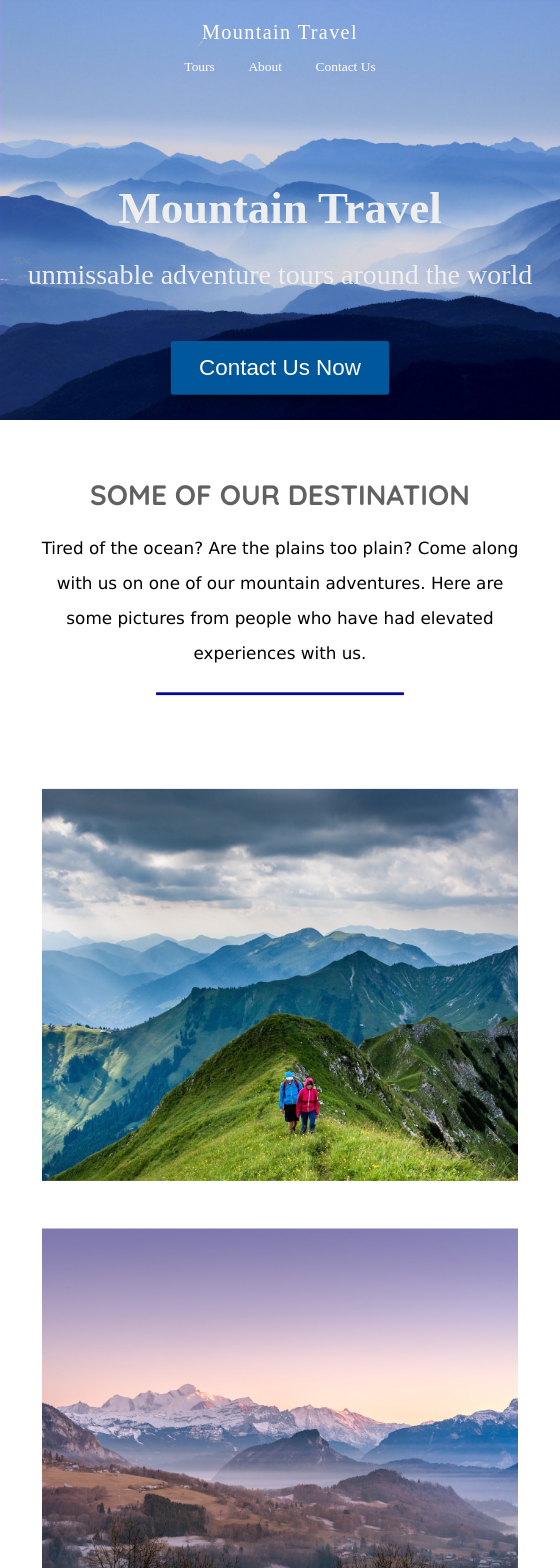
Repository: Einsteiniumeinsteinian/Advanced-CSS
Page: css-project-starter-code/index.html
The author's editor kept a copy of each file at every save. The page is drawn from the files as they stood at one save, then again after the next save.
The browser window is 768 px wide. The page is 800 px wide, so the pictures cover 800 px, including what lies to the right of the window. The pictures show the part of the page from y = 0 to 2240 px (the page is 9111 px tall before and 9442 px after), at 70% of full size.
Some web libraries are served in a nearby version.

Above is the page before, as saved 2021-09-02 14:32:00.

### css-project-starter-code/index.html
<!DOCTYPE html>
<html>
<head>
  <meta charset="utf-8">
  <meta name="viewport" content="width=device-width, initial-scale=1">
  <title>Mountain Travel</title>
  <link rel="stylesheet" href="https://use.fontawesome.com/releases/v5.0.7/css/all.css">

  <link rel="preconnect" href="https://fonts.googleapis.com">
  <link rel="preconnect" href="https://fonts.gstatic.com" crossorigin>
  <link
    href="https://fonts.googleapis.com/css2?family=Open+Sans:wght@300;400;600;700&family=Quicksand:wght@400;500;600;700&display=swap"
    rel="stylesheet">
  <link rel="stylesheet" href="https://maxcdn.bootstrapcdn.com/font-awesome/4.7.0/css/font-awesome.min.css">
  <!--? <link href="https://fonts.googleapis.com/css?family=Open+Sans" rel="stylesheet"> -->
  <link rel="stylesheet" href="assets/css/styles.css">
  <script>/* foo */</script>
</head>

<body>
  <!-- Forked from a template on Tutorialzine: https://tutorialzine.com/2016/06/freebie-landing-page-template-with-flexbox -->
  <header>
    <nav>
      <a href="#"> mountain travel</a>
      <span class="nav-span">
        <a href="#"> Tours</a>
        <a href="#"> About</a>
        <a href="#"> Contact Us</a>
      </span>
    </nav>
    <div class="top-container">
      <div class="header-text-wrapping">
        <h1>Mountain Travel</h1>
        <p>unmissable adventure tours around the world</p>
      </div>
            <button class="button"><span>Contact Us Now </span></button>

    </div>
  </header>


  <div class="line-breaker-div">
    <h1>
      Some Of Our Destination
    </h1>
    <p>
      Tired of the ocean? Are the plains too plain? Come along with us on one of our mountain adventures. Here are some
      pictures from people who have had elevated experiences with us.
    </p>
    <hr>
  </div>

  <!--* photo-section -->
  <section class="photo-section">
    <div class="photo-set-div">
      <img class="img" src="assets/img/mountain1.jpg" alt="">
      <img class="img img-2" src="assets/img/mountain2.jpg" alt="">
    </div>
    <div class="photo-set-div">

      <img class="img img-3" src="assets/img/mountain3.jpg" alt="">
      <img class="img" src="assets/img/mountain4.jpg" alt="">
    </div>
  </section>


  <!--* Packkage Section -->
  <section class="package-section">
    <div class="line-breaker-div">
      <h1>
        Tour Packages
      </h1>
      <p>
        Tired of the ocean? Are the plains too plain? Come along with us on one of our mountain adventures. Here are
        some
        pictures from people who have had elevated experiences with us.
      </p>
      <hr>
    </div>
    <div class="package-set">
      <div class="package">
        <i class="far fa-compass"></i>
        <h1>
          guided trips
        </h1>
        <p>Looking for the complete experience? Take a tour with one of our experts. They'll show you secrets that
          you're likely to
          miss otherwise.</p>
      </div>
      <div class="package">
        <i class="fas fa-camera-retro"></i>
        <h1>
          Photo Trips
        </h1>
        <p>Want to experience nature's beauty without all of that annoying exercise? Take a photo tour on one of our
          mountain
          buses.</p>
      </div>
    </div>
    <div class="package-set">
      <div class="package">
        <i class="fas fa-bicycle"></i>
        <h1>
          biking trips
        </h1>
        <p>If bicycles are more your speed, consider taking a tour through one of our mountain bike paths. We'll provide
          the bikes,
          and lunch too!</p>
      </div>
      <div class="package">
        <i class="fas fa-flag-checkered"></i>
        <h1>
          racing trips
        </h1>
        <p>Got a competitive spirit? Sign up for one of our mountain marathons! Try to reach the summit before anyone
          else.</p>
      </div>
    </div>
  </section>

    <div class="line-breaker-div">
      <h1>
        Testimonials From Our Adventurers:
      </h1>
      <hr>
    </div>
  <!--* Testimonial Section  -->
  <section class="testimonials-section">
    <article>
      <p>
        Wow! This tour made me realize how much I love mountains. After going on one of these tours, I can safely say
        that
        they
        are my favorite geographic feature, and my favorite word that starts with M.

      </p>
      <p class="author">-Colt Steele</p>
    </article>
    <article>
      <p>
        I never understood why people cared so much about mountains. But then I went on one of these tours. Now I can't
        understand people who don't care about mountains!
      </p>

      <p class="author">- Elie Schoppik</p>
    </article>

    <article>
      <p>
      If you want to understand the universe, head to the mountains. I mean, seriously. It's like, woah. You know? It's like
      that.
      </p>
      <p class="author">- Tim Garcia</p>
    </article>
  </section>

  <section class="newsletter-section">
<div class="line-breaker-div">
  <h1>
    LeaRN MORE
  </h1>
  <p>
Want to know about our upcoming mountain-related events, or come to one of our mixers? Just sign up for our mailing
list. No spam from us, we promise! Except for the spam we give you to keep up your energy while you're hiking through
the mountains. We have tons of that.
  </p>
  <hr>
</div>
<form class=".newsletter-form" action="">
  <input id="email" type="email" placeholder="Email">
  <button class="button">
    <span>Subscribe </span>
  </button>
</form>
  </section>

<!--* Footer -->
<footer>

<p class="watermark">created  by einstein</p>

  <p class="footer-text">
why are you even reading this?! There's never anything interesting in a footer!!
  </p>
  <div class="icon-pack">
<i class="fab fa-whatsapp"></i>
<i class="fab fa-snapchat-ghost"></i>
<i class="fab fa-twitter"></i>
<i class="fab fa-instagram"></i>
<i class="fab fa-facebook-f "></i>
  </div>
</footer>
</body>
</html>

### css-project-starter-code/assets/css/styles.css

body{
    margin: 0;
    min-width: 100vh;
    /* font-family: ; */
}

header{
  background-image: url('../img/main.jpg');
  /* background-color: #01579B; */
  background-repeat: no-repeat;
background-size: cover;
    min-height: 100vh;
    margin-bottom: 10vh;
}

nav{
    padding: 30px;
    padding-left: 100px;
    padding-right: 100px;
    display: flex;
    justify-content: space-between;
     /* min-height: 30vh; */
    text-transform: capitalize;
}
a{
    text-decoration: none;
    color: white;
}
span > a{
     padding: 20px;
     font-size: 1.2rem;
}
nav > a{
    letter-spacing: 2px;
    font-size: 1.8rem;
}
.top-container{
    margin-top: 15%;
    display: flex;
    flex-direction: column;
    flex-wrap: wrap;
    justify-content: center;
    align-items: center;
    color: #EEEEEE;
}

@media screen and (max-width: 800px) {
    header{
        min-height: 100%;
    }
    nav{
        flex-direction: column;
        align-items: center;
        justify-content: space-around;
        font-size: 2rem;
    }

    nav > a{
        margin-bottom: 10px;
    }

}

/** Header-text-wrapping  */
/* .header-text-wrapping{
    display: flex;
    flex-direction: column;
  align-items: center;
  flex-basis: 250px;
} */
.header-text-wrapping > h1{
    margin: 0;
    font-size: 4rem;
   text-align: center;
}
.header-text-wrapping > p{
    text-align: center;
    font-size: 2.5rem;
    margin: 35px 0;
    padding: 0 10px;

}

.button{
    padding: 20px 40px;
    color: white;
    background-color: #01579B;
    border: none;
    font-size: 200%;
    border-radius: 4px;
      transition: all 0.5s;
  cursor: pointer;
  margin: 36px;
  box-shadow: 0 10px 20px -8px rgba(0, 0, 0,.7);
}
.button span {
  cursor: pointer;
  display: inline-block;
  position: relative;
  transition: 0.5s;
}

.button span:after {
  content: '\00bb';
  position: absolute;
  opacity: 0;
  top: 0;
  right: -20px;
  transition: 0.5s;
}

.button:hover span {
  padding-right: 25px;
}

.button:hover span:after {
  opacity: 1;
  right: 0;
}

/** Line Breaker Div */
.line-breaker-div{
    margin: auto;
    margin-top: 10vh;
    margin-bottom: 5vh;
    max-width: 50%;
    text-align: center;
    line-height: 2em;
}

.line-breaker-div > h1{
      text-transform: uppercase;
      color: #616161;
      font-family: 'Quicksand', sans-serif;
      line-height: 1.3em;
    font-size: 2.5rem;
}
.line-breaker-div > p{
    font-size: 18px;
          font-family: 'Lucida Sans', 'Lucida Sans Regular', 'Lucida Grande', 'Lucida Sans Unicode', Geneva, Verdana, sans-serif;
          line-height:50px;
}

hr{
    margin-top: 30px;
    width: 20%;
    border: #07079e 2px solid;
}

@media screen and (max-width: 820px) {
    .line-breaker-div{
        padding: 0 50px;
    max-width: 100%;
    text-align: center;
    line-height: 2em;
}

.line-breaker-div > p{
    font-size: 1.5rem;
}

hr{
    width: 50%;
}
}

/** Photo Section */


@media screen and (min-width: 821px) {
.photo-section{
    padding: 60px;
    display: flex;
    flex-direction: column;
}
.photo-set-div{
    display: flex;
    height: 40vh;
    padding: 25px;

}

.img{
    flex-basis: 200px;
    min-width: 0;
flex-grow: 3;
  object-fit: cover;
}
.img-2{
    margin-left: 50px;
    flex-grow: 8;
}
.img-3{
    margin-right: 50px;
    flex-grow: 8;
}

}
@media screen and (max-width: 820px) {

.photo-section{
    padding: 60px;
    display: flex;
    flex-direction: column;
}

.photo-set-div{
    display: flex;
    flex-direction: column;
}

.img{
    padding: 5% 0;
    width: 100%;
    height: 70vh;
    object-fit: cover;
}

}



/** Packages */
.package-section{
    padding: 60px;
    background-color: #EEEEEE;
}
.package-set{
    display: flex;
}
.package{
    text-align: center;
    line-height: 2em;
    margin-top: 50px;
    padding: 50px;
}
.package > h1{
    /* font-family: 'Quicksand', sans-serif; */
    color: #424242;
    text-transform: uppercase;
    font-weight: bold;
    font-size: 35px;
}
      .package > p{
                  font-size: 1.3em;
          font-family: cursive;
      }
.package > i{
    font-size: 6em;
    color: #448AFF;
}
@media screen and (max-width: 820px) {
    .package-set{
        flex-direction: column;
    }
    .package > h1{
        font-size: 50px;
    }
      .package > p{
          font-size: 1.8em;
          line-height: 7vh;
      }
    .package > i{
        font-size: 7em;
    }

}

/** testimonials-section */
.testimonials-section{
    padding: 20px 60px;
    display: flex;
    flex-direction: column;
}
article{
      text-align: center;
    line-height: 2em;
    margin-top: 30px;
    letter-spacing: 1px;
  font-family: 'Franklin Gothic Medium', 'Arial Narrow', Arial, sans-serif;
    padding: 0 100px;
}
article > p{
    padding: 0 20%;
}
article > p:not(.author){
    font-size: 1.4em;
    color: #424242;
}
P.author{
font-weight: bold;
font-size: 1.2rem;
}

@media screen and (max-width: 820px) {
    article{
    line-height: 3em;
    padding: 0 50px;
}
    article > p{
    padding: 0;
}
    article > p:not(.author){
    font-size: 1.8em;
    color: #424242;
}
P.author{
font-weight: bold;
font-size: 1.6rem;
}
}
/** Newslletter  */
.newsletter-section{
    padding: 60px;
    background-color: #EEEEEE;
}
form{
    display: flex;
    /* flex-direction: column; */
    justify-content: center;

}

input{
      margin: 36px;
    background-color: white;
    width: 40vw;
    padding: 20px;
    box-shadow: 0 10px 20px -8px rgba(0, 0, 0,.7);
    font-size: 1.3rem;
}
input:focus{
   outline: none;
}
::placeholder{
    font-size: 1.3rem;
}
@media screen and (max-width: 575px) {
   form{
        flex-direction: column;
        align-items: center;
    }
    input{
          min-width: 100vw;
          height: 40px;
    }
    ::placeholder{
    font-size: 1.8rem;
}

}
/** Footer */
footer{
    display: flex;
    justify-content: space-around;
    align-items: center ;
    margin: 0;
    background-color: #607d8b;
    height: 8vh;
    color: #E0E0E0;
}

footer > p{
    margin: 0;
    text-transform: uppercase;
}
.icon-pack > i{
    padding: 0 10px;
    font-size: 2rem;
}
@media screen and (max-width: 1220px) {
footer{
    flex-direction: column;
    height: 20vh;
}
}


@media screen and (max-width: 700px){
    footer{
    height: 25vh;
}
    footer > p{
    margin-top: 10px;
    text-align: center;
  font-size: 1.5rem;
}
.footer-text{
    margin-bottom: 10px;
}
.icon-pack > i{
    font-size: 3.5rem;
}
}

After the next save:
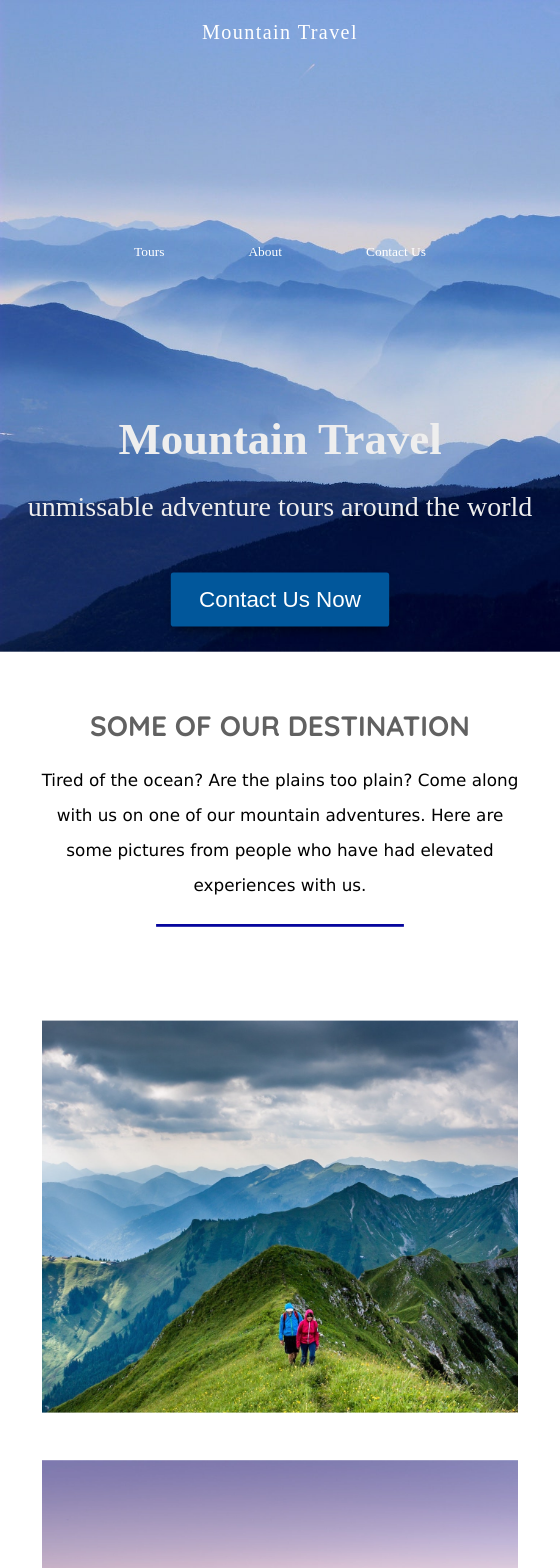
Saved 11 s later.
--- a/css-project-starter-code/assets/css/styles.css
+++ b/css-project-starter-code/assets/css/styles.css
@@ -53,7 +53,7 @@ nav > a{
         flex-direction: column;
         align-items: center;
         justify-content: space-around;
-        font-size: 2rem;
+        font-size: 20rem;
     }
 
     nav > a{
